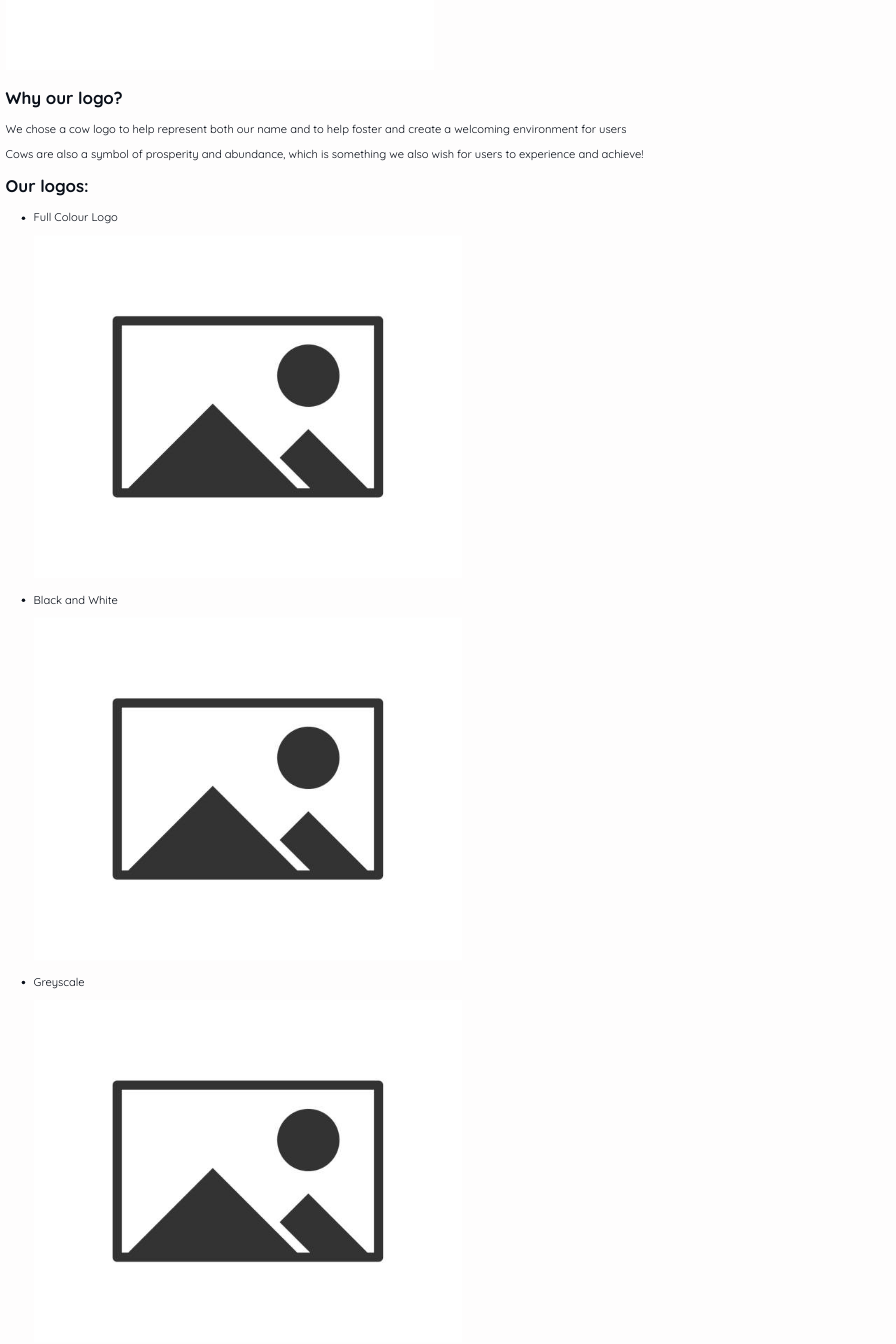
Repository: AlyssaHug/MoolahMate-A5Styleguide
Page: logos.html
An editor plug-in stored every save of this project. The page is shown before and after the next save, followed by the edit.
The browser window is 1280 px wide. The pictures show the part of the page from y = 473 to 2393 px (the page is 10731 px tall before and 10767 px after), at 70% of full size.

Above is the page before, as saved 2025-03-31 09:34:29.

After the next save:
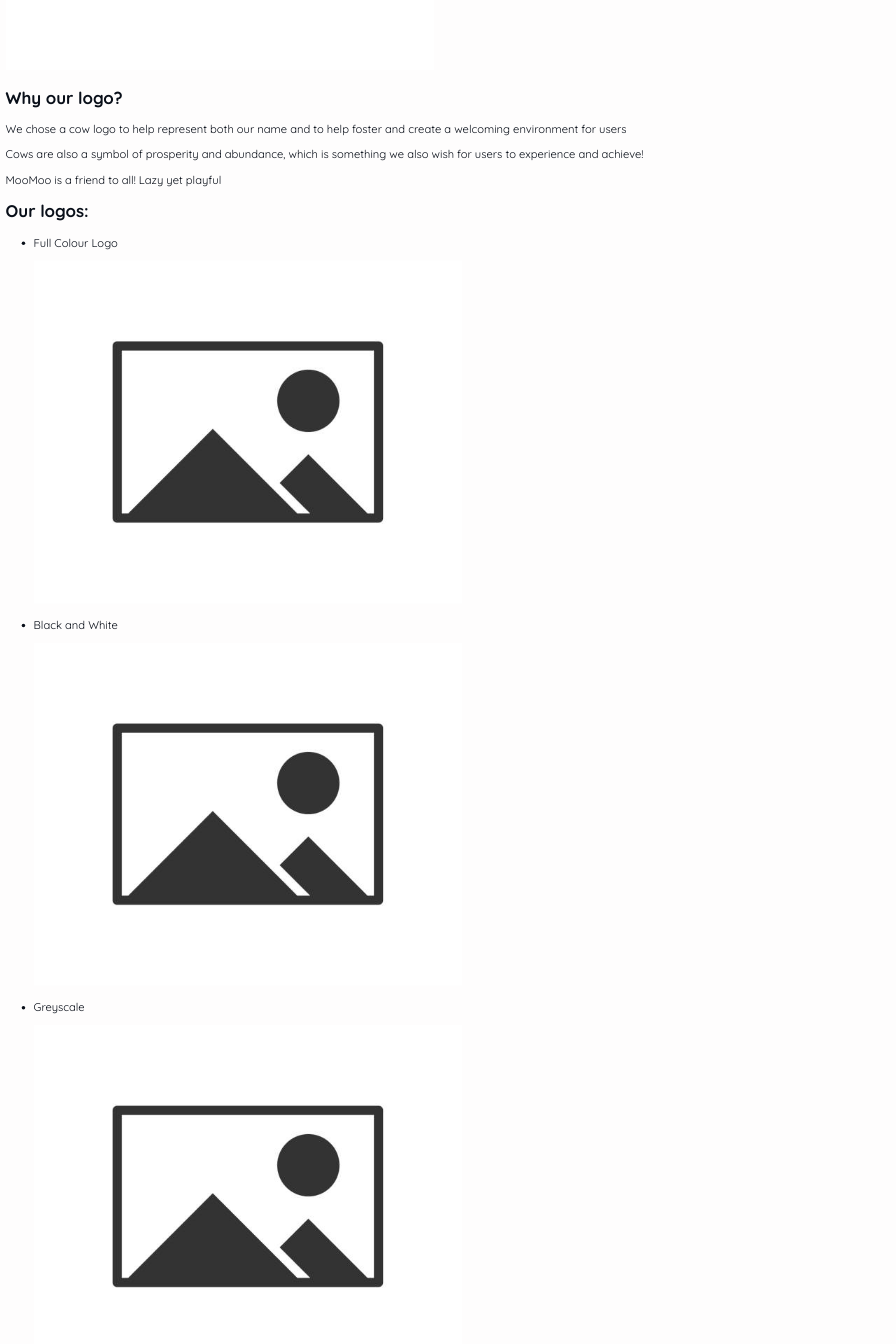
Saved 21 s later.
--- a/logos.html
+++ b/logos.html
@@ -28,7 +28,7 @@
             Cows are also a symbol of prosperity and abundance, which is something we also wish for users to experience and achieve!
         </p>
         <p class="rational__why-3">
-
+            MooMoo is a friend to all! Lazy yet playful
         </p>
     </div>
     <h2 class="logo__title">Our logos:</h2>
